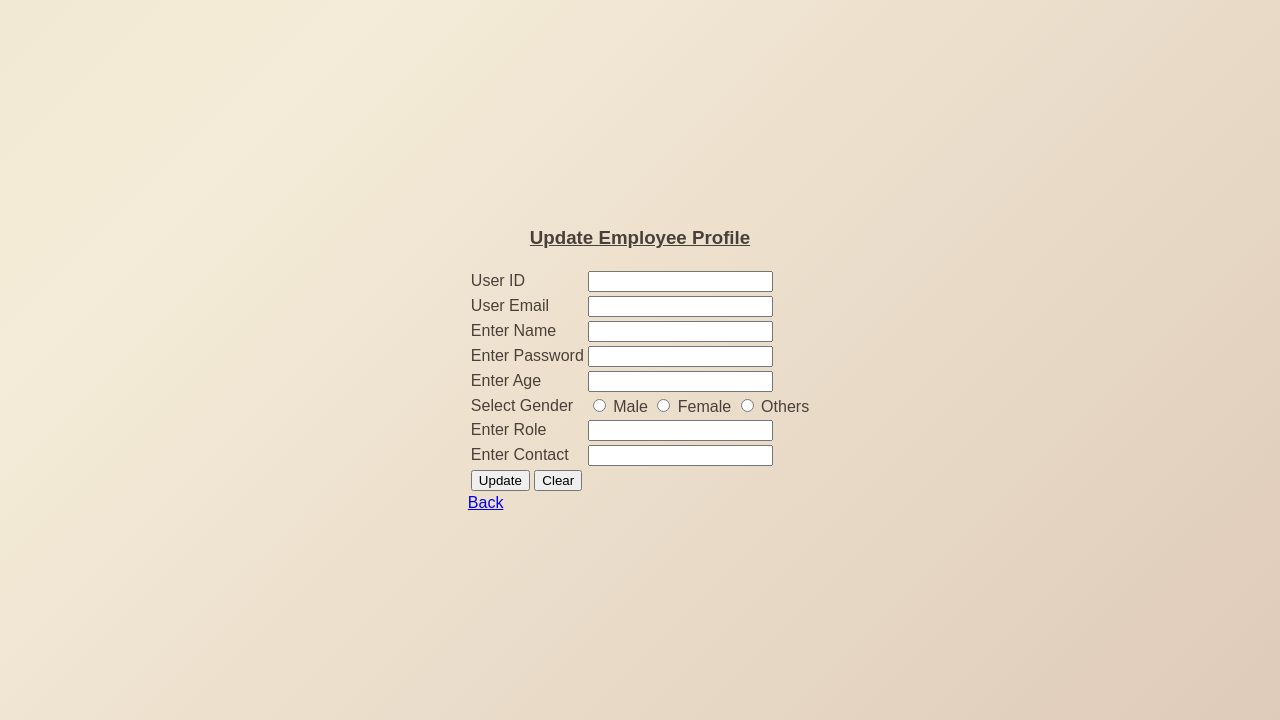
Repository: chaitanyasivathmika/NutrientDiet
Page: http://localhost/NutrientDiet/usersettings.jsp
An editor plug-in stored every save of this project. The page is shown before and after the next save, followed by the edit.
The browser window is 1280 px wide. The pictures show the whole page.
The page is served by Tomcat 10.

Above is the page before, as saved 2024-11-15 16:22:10.

After the next save:
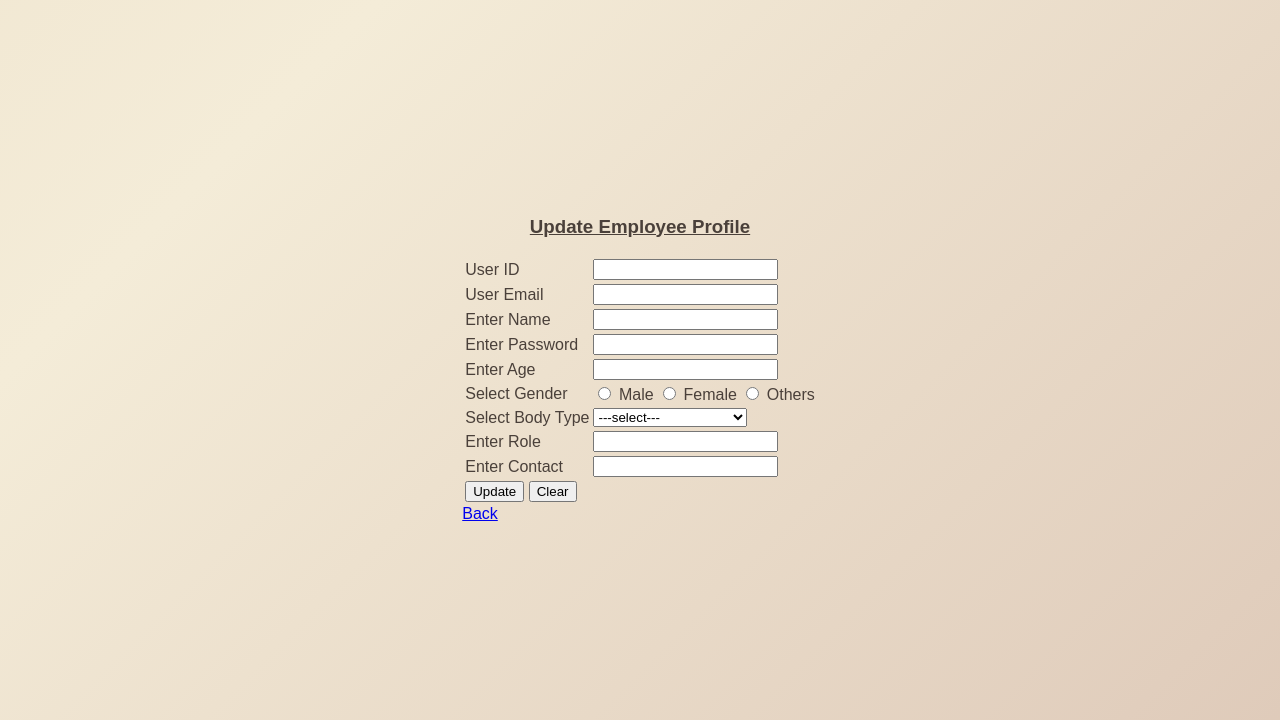
Saved 6 s later.
--- a/NutrientDiet/src/main/webapp/usersettings.jsp
+++ b/NutrientDiet/src/main/webapp/usersettings.jsp
@@ -134,6 +134,28 @@
                     </td>
                 </tr>
 
+                <tr>
+                    <td><label>Select Body Type</label></td>
+                    <td>
+                        <select id="bodyType" name="bodyType" required>
+                        	<option value="">---select---</option>
+                            <option value="Girl_Athletics">Girl_Athletics</option>
+                            <option value="Girl_HourGlass">Girl_HourGlass</option>
+                            <option value="Girl_InvertedTriangle">Girl_InvertedTriangle</option>
+                            <option value="Girl_Rectangle">Girl_Rectangle</option>
+                            <option value="Girl_Round">Girl_Round</option>
+                            <option value="Girl_Ectomorph">Girl_Ectomorph</option>
+                            <option value="Girl_Endomorph">Girl_Endomorph</option>
+                            <option value="Girl_Mesomorph">Girl_Mesomorph</option>
+                            <option value="M_Ectomorph(12-20)">M_Ectomorph(12-20)</option>
+                            <option value="M_Endomorph(12-20)">M_Endomorph(12-20)</option>
+                            <option value="M_Mesomorph(12-20)">M_Mesomorph(12-20)</option>
+                            <option value="M_Ectomorph(20-45)">M_Ectomorph(20-45)</option>
+                            <option value="M_Endomorph(20-45)">M_Endomorph(20-45)</option>
+                            <option value="M_Mesomorph(20-45)">M_Mesomorph(20-45)</option>
+                        </select>
+                    </td>
+                </tr>
 
 
                 <tr>
